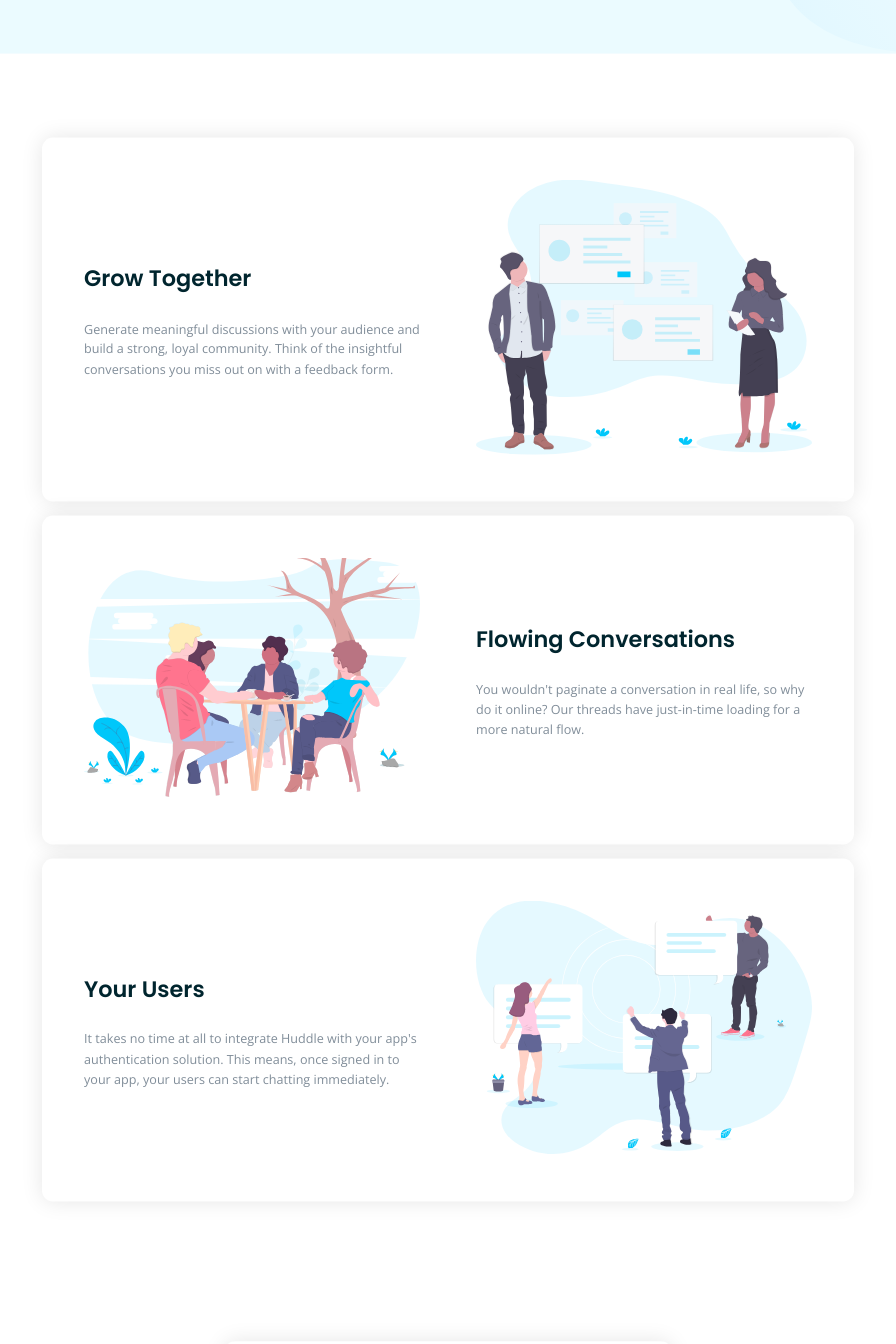
Repository: blordeus/huddle-landing-page
Page: index.html
These files come from the project's save history. The page is drawn as it stood at one moment and after the next save; the edit follows.
The browser window is 1280 px wide. The pictures show the part of the page from y = 611 to 2531 px (the page is 3305 px tall), at 70% of full size.

Above is the page before, as saved 2025-07-01 11:41:30.

After the next save:
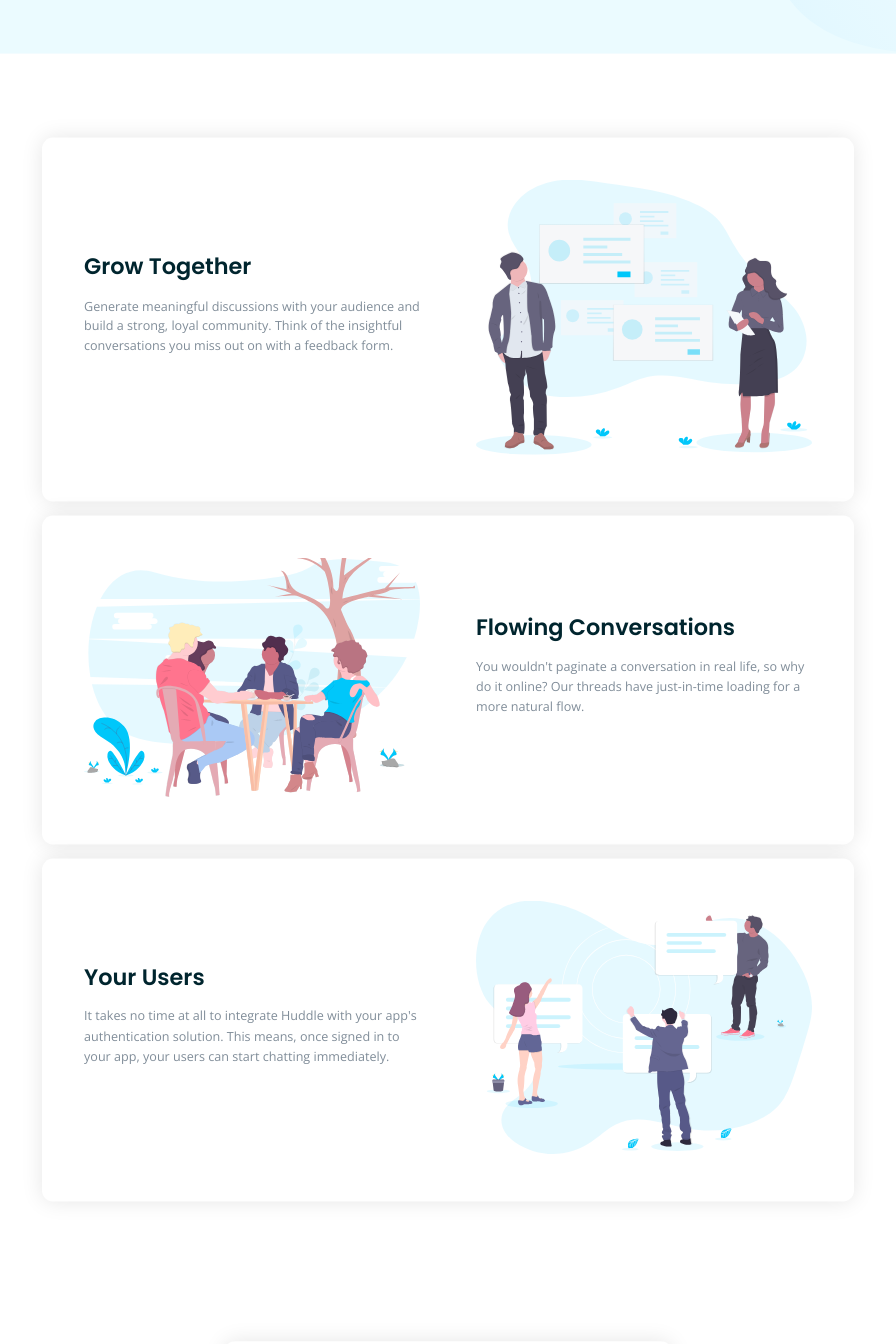
Saved 12 s later.
--- a/styles.css
+++ b/styles.css
@@ -124,9 +124,7 @@
     }
 
     .feature-content {
-      display: flex;
-      flex-direction: column;
-      gap: 16px;
+      margin-bottom: 50px
     }
 
     .feature:nth-child(even) .feature-content {
